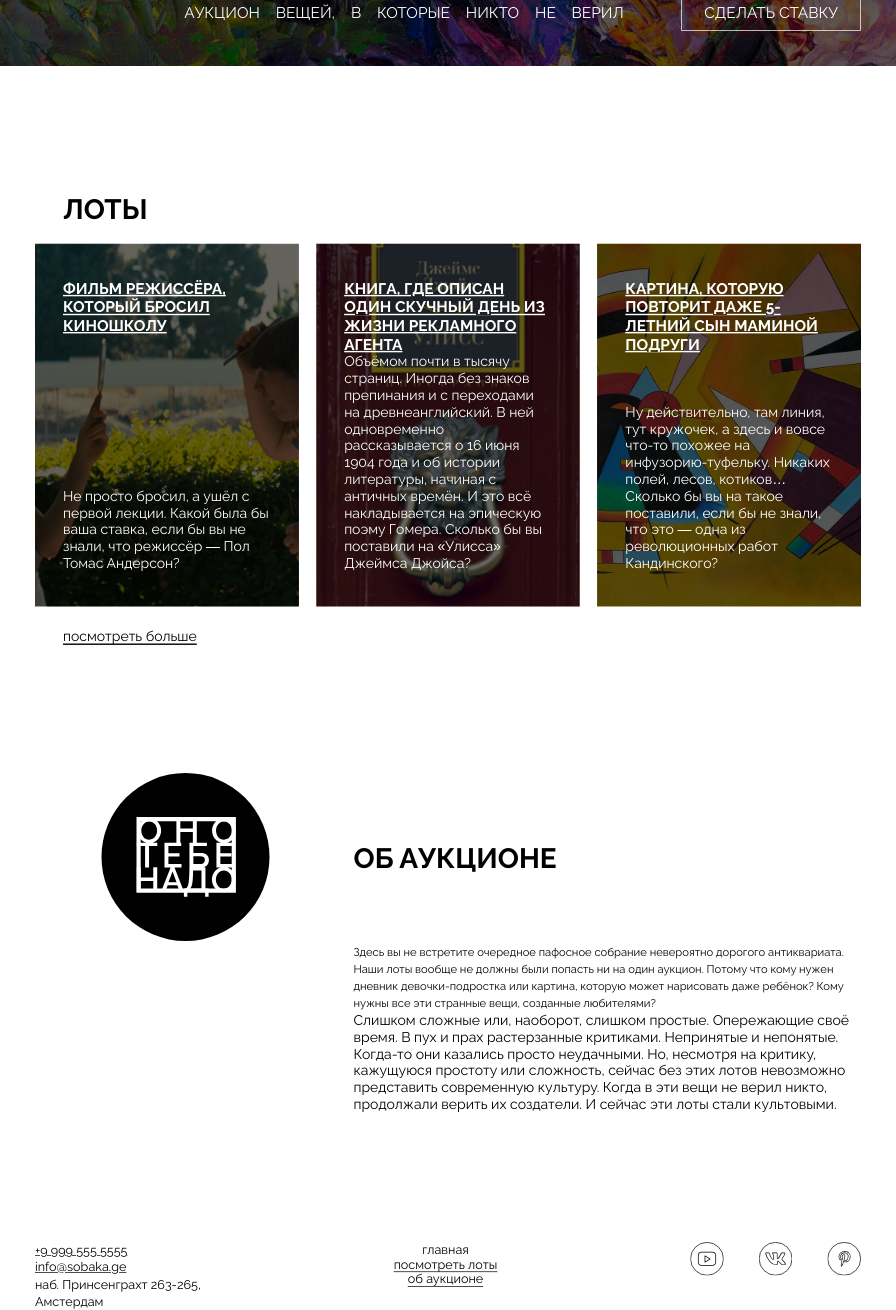
Repository: Hadoooouken/ono-tebe-nado
Page: index.html
The author's editor kept a copy of each file at every save. The page is drawn from the files as they stood at one save, then again after the next save.
The browser window is 1280 px wide. The pictures show the part of the page from y = 956 to 2876 px (the page is 2827 px tall before and 2876 px after), at 70% of full size.

Above is the page before, as saved 2023-11-29 20:33:38.

### index.html
<!DOCTYPE html>
<html lang="ru">
  <head>
    <meta charset="UTF-8" />
    <meta http-equiv="X-UA-Compatible" content="IE=edge" />
    <meta name="viewport" content="width=device-width, initial-scale=1.0" />
    <link rel="stylesheet" href="./fonts/fonts.css" />
    <link rel="stylesheet" href="./styles/global.css" />
    <link rel="stylesheet" href="./styles/style.css" />
    <title>Оно тебе надо — аукцион вещей, в которые никто не верил</title>
  </head>
  <body>
    <header class="header section">
      <nav class="header__menu">
        <ul>
          <li class="header__links-list-item_no-bullit">
            <a href="#">главная</a>
          </li>
          <li><a href="#">посмотреть лоты</a></li>
          <li><a href="#">об аукционе</a></li>
        </ul>
      </nav>

      <div class="header__logo">
        <a href="#"><img src="./images/logo-black.svg" alt="Логотип" /></a>
      </div>

      <div class="address">
        <div><a href="tel:+99995555555">+9 999 555 5555</a></div>
        <div><a href="mailto:info@sobaka.ge">info@sobaka.ge</a></div>
        <p>наб. Принсенграхт 263-265, <br />Амстердам</p>
      </div>
    </header>

    <main>
      <section class="cover">
        <div class="overlay"></div>
        <h1 class="cover__title">
          <span class="align_left">о<span>но</span></span>
          <span class="align_center">те<span>бе</span></span>
          <span class="align_right"
            ><span class="letter-spacing-title">Н</span>ад<span
              class="no-letter-spacing"
              >о</span
            ></span
          >
        </h1>
        <div class="cover__description">
          <p class="divcover__description-text">
            Аукцион вещей, в которые никто не верил
          </p>
          <button type="button" class="bet-button">сделать ставку</button>
        </div>
      </section>

      <section class="lots section">
        <h2 class="lots__heading">лоты</h2>
        <ul class="lots__card-list">
          <li class="lots__card-list-item card_type_film">
            <div class="overlay"></div>
            <a class="card-link" href="#">
              <article class="card">
                <h3 class="card__title">
                  Фильм режиссёра, который бросил киношколу
                </h3>
                <p class="card__text">
                  Не просто бросил, а ушёл с первой лекции. Какой была бы ваша
                  ставка, если бы вы не знали, что режиссёр — Пол Томас
                  Андерсон?
                </p>
              </article>
            </a>
          </li>
          <li class="lots__card-list-item card_type_book">
            <div class="overlay"></div>
            <a class="card-link" href="#">
              <article class="card">
                <h3 class="card__title">
                  Книга, где описан один скучный день из жизни рекламного агента
                </h3>

                <p class="card__text">
                  Объёмом почти в тысячу страниц. Иногда без знаков препинания и
                  с переходами на древнеанглийский. В ней одновременно
                  рассказывается о 16 июня 1904 года и об истории литературы,
                  начиная с античных времён. И это всё накладывается на
                  эпическую поэму Гомера. Сколько бы вы поставили на «Улисса»
                  Джеймса Джойса?
                </p>
              </article>
            </a>
          </li>
          <li class="lots__card-list-item card_type_picture">
            <div class="overlay"></div>
            <a class="card-link" href="#">
              <article class="card">
                <h3 class="card__title">
                  Картина, которую повторит даже 5-летний сын маминой подруги
                </h3>

                <p class="card__text">
                  Ну действительно, там линия, тут кружочек, а здесь и вовсе
                  что-то похожее на инфузорию-туфельку. Никаких полей, лесов,
                  котиков… Сколько бы вы на такое поставили, если бы не знали,
                  что это — одна из революционных работ Кандинского?
                </p>
              </article>
            </a>
          </li>
        </ul>
        <a class="lots__look-more-link" href="#">посмотреть больше</a>
      </section>

      <section class="about section">
        <div class="about__left-column">
          <div class="about__logo">
            <img src="./images/logo-white.svg" alt="Логотип" />
          </div>
        </div>

        <div class="about__right-column">
          <h2 class="about__title">об аукционе</h2>
          <p class="about__text">
            Здесь вы не встретите очередное пафосное собрание невероятно
            дорогого антиквариата. Наши лоты вообще не должны были попасть ни на
            один аукцион. Потому что кому нужен дневник девочки-подростка или
            картина, которую может нарисовать даже ребёнок? Кому нужны все эти
            странные вещи, созданные любителями?
          </p>
          <p class="about__text">
            Слишком сложные или, наоборот, слишком простые. Опережающие своё
            время. В пух и прах растерзанные критиками. Непринятые и непонятые.
            Когда-то они казались просто неудачными. Но, несмотря на критику,
            кажущуюся простоту или сложность, сейчас без этих лотов невозможно
            представить современную культуру. Когда в эти вещи не верил никто,
            продолжали верить их создатели. И сейчас эти лоты стали культовыми.
          </p>
        </div>
      </section>
    </main>
    <footer class="footer section">
      <div class="address">
        <div><a href="tel:+99995555555">+9 999 555 5555</a></div>
        <div><a href="mailto:info@sobaka.ge">info@sobaka.ge</a></div>
        <p>наб. Принсенграхт 263-265,<br />Амстердам</p>
      </div>

      <div class="footer__menu-list">
        <nav class="">
          <ul class="footer__menu-list-item">
            <li class="footer__menu-link_active">
              <a href="#">главная</a>
            </li>
            <li><a href="#">посмотреть лоты</a></li>
            <li><a href="#">об аукционе</a></li>
          </ul>
        </nav>
      </div>

      <div>
        <ul class="footer__social-list">
          <li class="footer__social-list-item">
            <a href="#"> <img src="./images/yt.svg" alt="ютуб" /></a>
          </li>
          <li class="footer__social-list-item">
            <a href="#"> <img src="./images/vk.svg" alt="вконтакте" /></a>
          </li>
          <li class="footer__social-list-item">
            <a href="#">
              <img src="./images/pinterest.svg" alt="пинтерест"
            /></a>
          </li>
        </ul>
      </div>
    </footer>
  </body>
</html>

### styles/global.css
*,
*::before,
*::after {
  box-sizing: border-box;
}

body {
  min-width: 1100px;
  margin: 0;
  font-family: Raleway, sans-serif;
  line-height: 24px;
}

h1,
h2,
h3,
h4,
h5,
h6,
p,
ul,
ol,
li,
blockquote {
  margin: 0;
  padding: 0;
}

a {
  color: inherit;
}

img {
  width: 100%;
}

### styles/style.css
.header {
 display: grid;
 grid-template-columns: 1fr min-content 1fr;
  padding-top: 92px;
  align-items: center;
  font-weight: 400;
  font-size: 18px;
  font-style: normal;
  text-underline-offset: 4px;
  padding-bottom: 90px;
}


.address {
  display:grid;
  justify-content: end;
  color: #000;
  font-size: 18px;
  font-style: normal;
  font-weight: 400;
  line-height: 24.3px

}

.header__menu ul {
  display: flex;
  gap: 32px;
  list-style-type: circle;
}

.header__links-list-item_no-bullit a {
  text-decoration: none;
}

li.header__links-list-item_no-bullit {
  list-style-type: none;
}

.header__logo {
  width: 138px;
}

.section {
  padding-left: 50px;
  padding-right: 50px;
}

.cover {
  background-image: url(../images/cover.jpg);
  background-repeat: no-repeat;
  background-size: cover;
  background-position: center;
  position: relative;
  z-index: 1;

}


.cover__title {
  display: flex;
  flex-direction: column;
  font-size: 100px;
  font-weight: 700;
  text-transform: uppercase;
  color: #fff;
  font-style: normal;
  position: relative;
  line-height: 115px;
  letter-spacing: 30px;
  z-index: 2;
  padding-top: 165px;
  padding-left: 50px;
  padding-right: 50px;
  gap: 20px;
}

.cover__title > span {
  display: block;
}

.overlay {
  top: 0;
  bottom: 0;
  right: 0;
  left: 0;
  background-color: rgba(0, 0, 0, 0.6);
  position: absolute;
  z-index: 0;
}

.align_left {
  text-align: left;
  letter-spacing: 30px;
}

.align_center {
  text-align: center;
  line-height: 100px;
  letter-spacing: 30px;
}
.align_right {
  text-align: right;
  line-height: 100px;
  letter-spacing: 30px;
}

.align_left span {
  letter-spacing: 60px;

}

.align_center span {
  letter-spacing: 60px;
}




.letter-spacing-title{
  letter-spacing: 60px;
}
.no-letter-spacing{
  letter-spacing: 0;
}

.cover__description {
  display: flex;
  justify-content: end;
  flex-shrink: 0;
  padding: 134px 50px 50px;
  gap: 82px;
  align-items: center;
}

.divcover__description-text {
  color: #fff;
  font-size: 22px;
  font-style: normal;
  font-weight: 400;
  line-height: 28px;
  word-spacing: 17px;
  position: relative;
  text-transform: uppercase;
  z-index: 2;
}

.bet-button {
  background-color: transparent;
  border: 1px solid #fff;
  color: #fff;
  font-family: Raleway;
  font-size: 22px;
  font-style: normal;
  font-weight: 400;
  line-height: normal;
  text-transform: uppercase;
  z-index: 2;
  width: 257px;
  min-height: 52px;
  padding: 10px 30px;
}

.lots {
  padding-top: 180px;
}

.lots__heading {
  padding-left: 40px;
  color: #000;
  font-size: 40px;
  font-style: normal;
  font-weight: 700;
  line-height: normal;
  text-transform: uppercase;
}

.card {
  display: flex;
  flex-direction: column;
  justify-content: space-between;



}
.lots__card-list {
  display: flex;
  padding-top: 27px;
  list-style-type: none;
  gap: 25px;
  margin-bottom: 30px;
}
.lots__card-list-item {
  display: flex;
  flex-grow: 1;
  flex-basis: 0;
  min-height: 450px;
  background-size: cover;
  padding: 50px 40px;
  position: relative;
  background-position: center;
}

.card_type_film {
  background-image: url(../images/card-lot-01.jpg);
}

.card_type_book {
  background-image: url(../images/card-lot-02.jpg);
}

.card_type_picture {
  background-image: url(../images/card-lot-03.jpg);
}

.card__title {
  color: #fff;
  font-size: 22px;
  font-style: normal;
  font-weight: 700;
  line-height: 120%;
  text-transform: uppercase;
  text-decoration: underline;
}

.card-link {
  display: flex;
  text-decoration: none;
  position: relative;
  z-index: 1;
}

.card__text {
  color: #fff;
  font-size: 20px;
  font-style: normal;
  font-weight: 400;
  line-height: 120%;
}

.lots__look-more-link {
  color: #000;
  font-size: 20px;
  font-weight: 400;
  padding-left: 40px;
  text-underline-offset: 4px;
}

.about {
  display: flex;
  padding-top: 182px;
}

.about__logo {
  background-color: #000;
  border-radius: 50%;
  width: 240px;
  height: 240px;
  padding: 63px 46px;
}

.about__title {
  color: #000;
  font-size: 40px;
  font-weight: 700;
  line-height: normal;
  text-transform: uppercase;
  margin-bottom: 100px;
}

.about__text:last-child{
  color: #000;
  font-family: Raleway;
  font-size: 20px;
  font-style: normal;
  font-weight: 400;
  line-height: normal;
  margin-bottom: 25px;
}

.last-child{
  margin-bottom: 0px;
}
.about__left-column {
  padding-left: 95px;
  padding-right: 95px;
}

.about__right-column {
  padding-top: 98px;
  padding-left: 25px;
}

.footer {
  padding-top: 160px;
  display: flex;
  justify-content: space-between;
}



.footer__menu-list {
  color: #000;
  font-size: 18px;
  font-style: normal;
  font-weight: 400;
  line-height: normal;
  text-align: center;
  text-underline-offset: 4px;
}
.footer__menu-list-item {
  list-style-type: none;
}

.footer__menu-link_active a {
  text-decoration: none;
}

.footer__social-list {
  display: flex;
  flex-direction: row;
  gap: 50px;
}

.footer__social-list-item {
  list-style-type: none;
  width: 48px;
  height: 48px;-------------------
}

Loaded but not shown: fonts/fonts.css (common file)

After the next save:
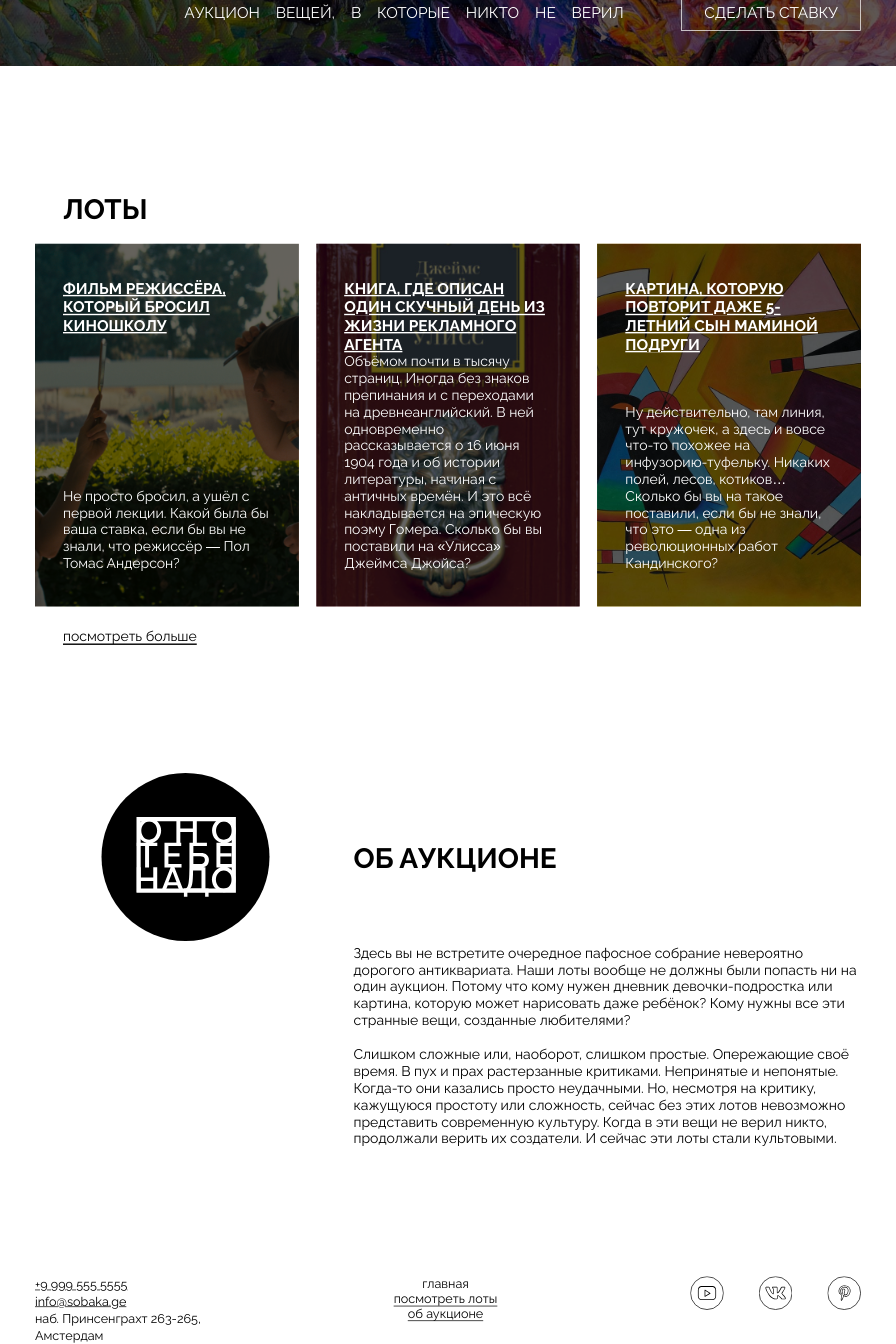
Saved 32 s later.
--- a/styles/style.css
+++ b/styles/style.css
@@ -267,7 +267,7 @@
   margin-bottom: 100px;
 }
 
-.about__text:last-child{
+.about__text{
   color: #000;
   font-family: Raleway;
   font-size: 20px;

After the save that followed:
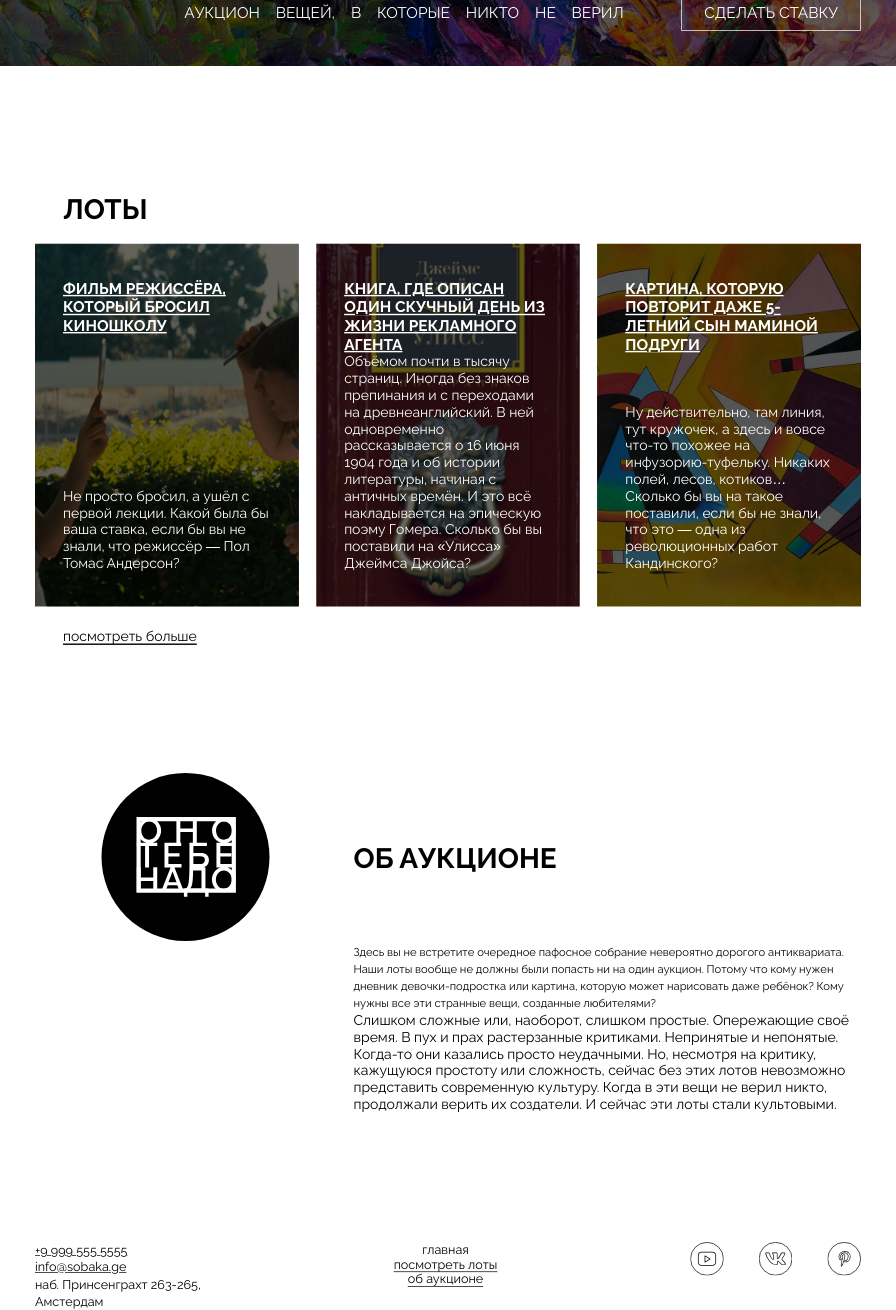
Saved 6 s later.
--- a/styles/style.css
+++ b/styles/style.css
@@ -267,7 +267,7 @@
   margin-bottom: 100px;
 }
 
-.about__text{
+.about__text:last-child{
   color: #000;
   font-family: Raleway;
   font-size: 20px;
